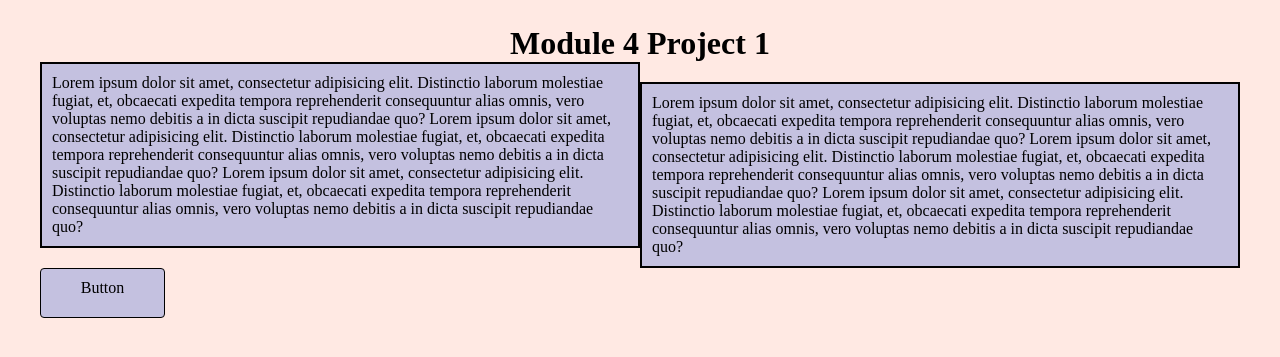
Repository: mlmEFSC21/P6-External-Style-Sheet
Page: index.html
An editor plug-in stored every save of this project. The page is shown before and after the next save, followed by the edit.
The browser window is 1280 px wide. The pictures show the whole page.

Above is the page before, as saved 2022-02-09 20:58:27.

After the next save:
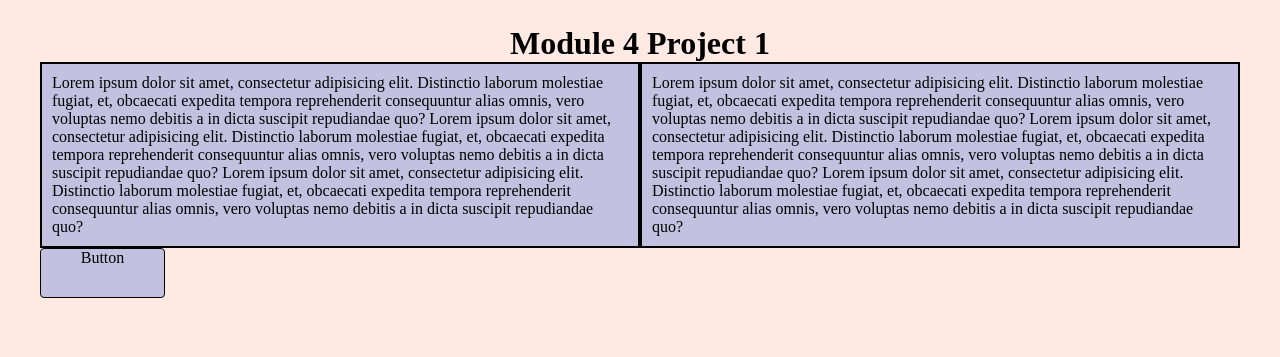
Saved 29 s later.
--- a/Styles.css
+++ b/Styles.css
@@ -20,9 +20,6 @@ body {
     margin: 10px 25px;
     padding: 15px;
 }
-div {
-    padding-bottom: 20px;
-}
 p {
     padding: 10px;
     background-color: var(--clr-buttonBG);
@@ -40,7 +37,7 @@ p {
 .button {
     border: 1px solid black;
     border-radius: 4px;
-    padding: 10px;
+    /* padding: 10px; */
     width: 125px;
     height: 50px;
     background-color: var(--clr-buttonBG);
